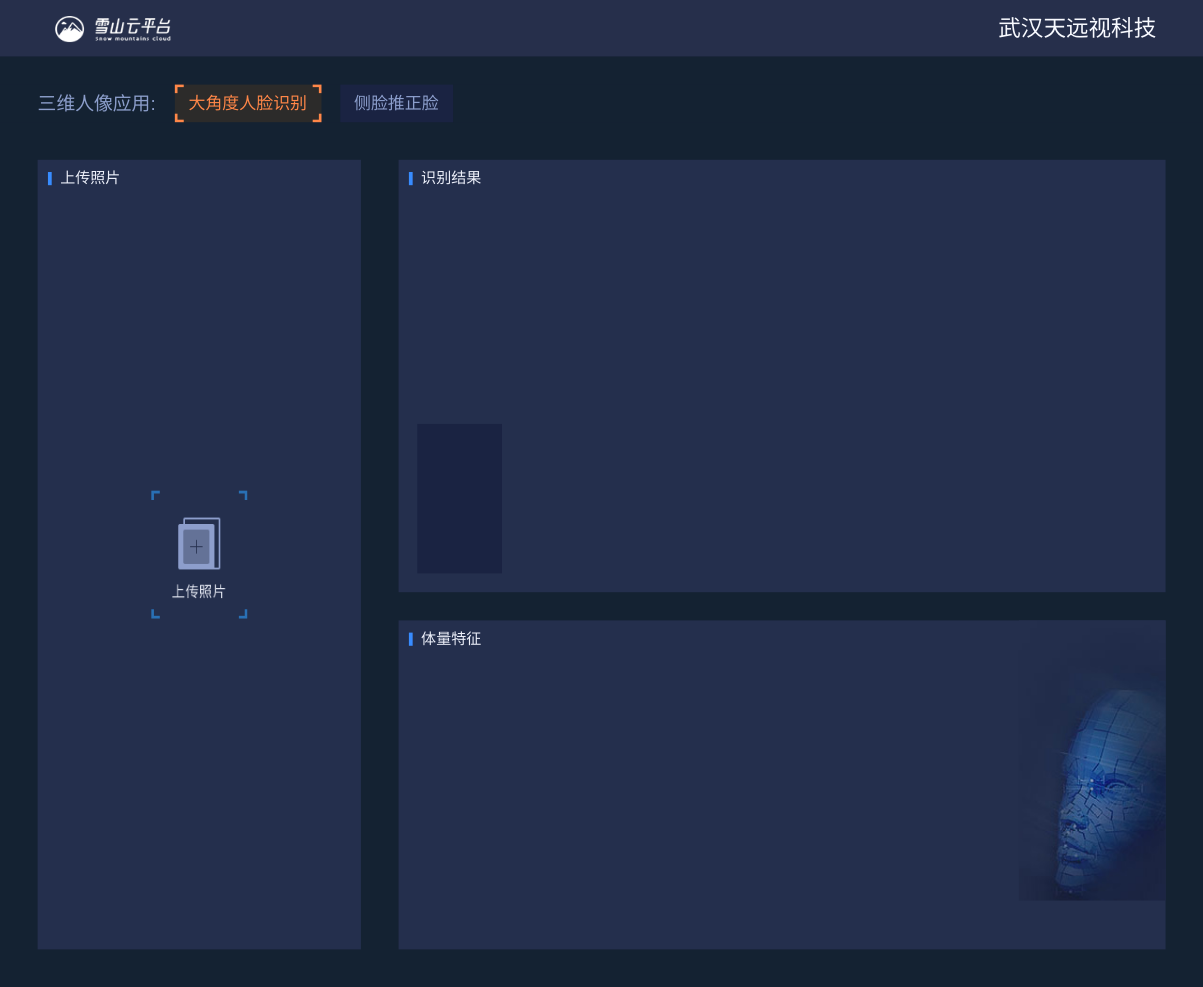
Repository: fyt2020/pubilcDemlo
Page: /
The author's editor kept a copy of each file at every save. The page is drawn from the files as they stood at one save, then again after the next save.
The browser window is 1280 px wide. The pictures show the whole page, at 94% of full size.
The project was rebuilt for these pictures with package versions that can differ from the ones it lists, and the page was loaded fresh each time.

Above is the page before, as saved 2020-04-28 17:12:09.

After the next save:
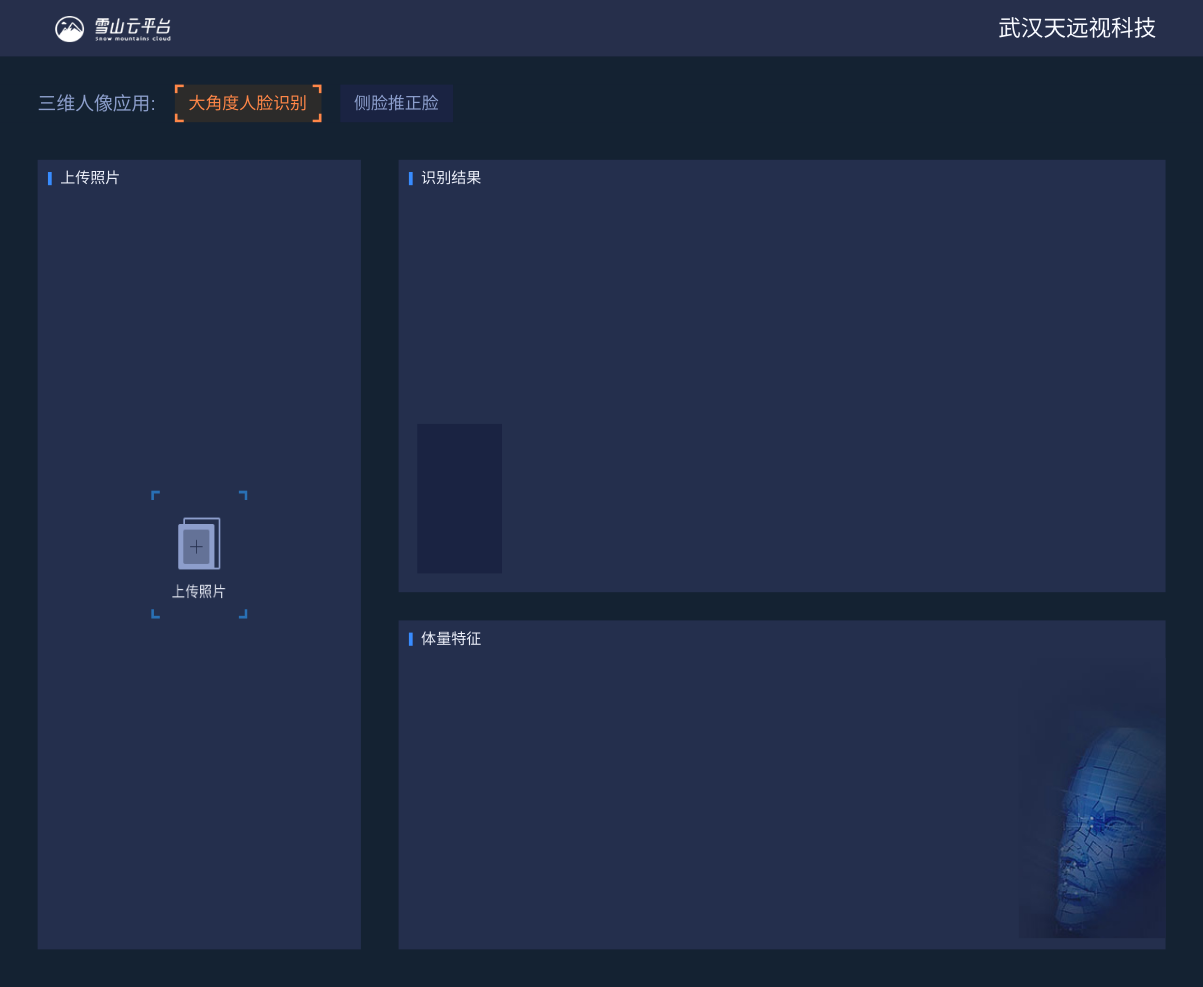
Saved 19 s later.
--- a/src/assets/css/bigAngle.scss
+++ b/src/assets/css/bigAngle.scss
@@ -139,6 +139,7 @@
             width: 100%;
             height: 350px;
             position: relative;
+            padding-top: 20px;
             .char__box{
 
                 width: 816px;
